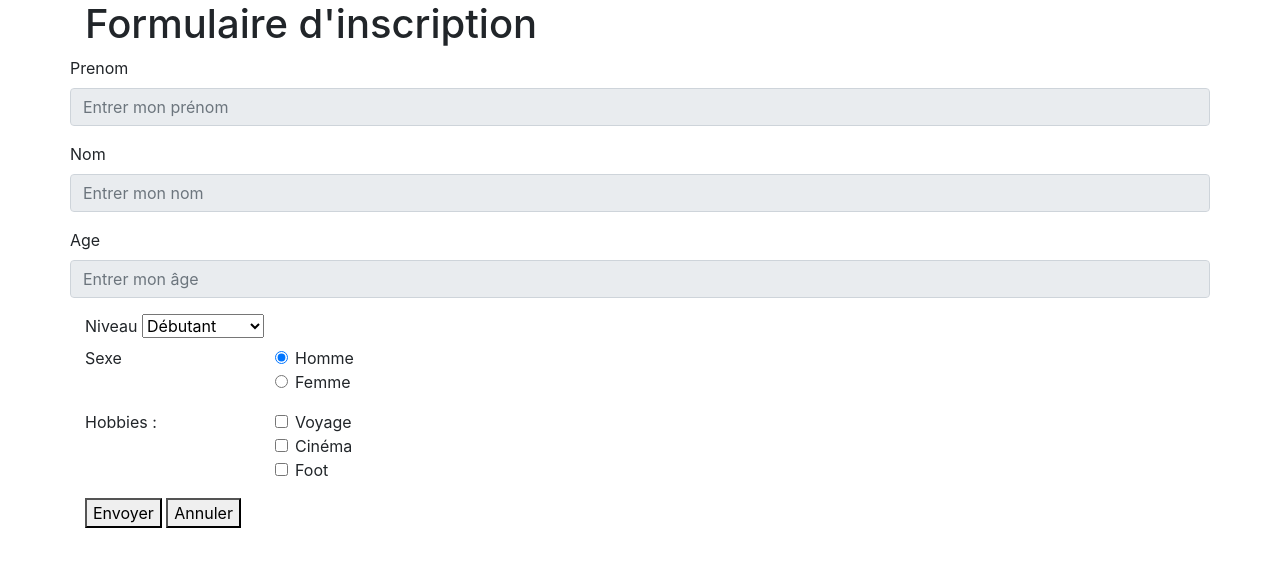
Repository: JohanVairac/montpar-architectureJEE
Page: exempleJEE/WebContent/Inscription.html
These files come from the project's save history. The page is drawn as it stood at one moment and after the next save; the edit follows.
The browser window is 1280 px wide. The pictures show the whole page.

Above is the page before, as saved 2019-04-08 14:49:13.

### exempleJEE/WebContent/Inscription.html
<!DOCTYPE html>
<html>
<head>
<meta charset="ISO-8859-1">
<title>Formulaire d'inscription</title>
<link rel="stylesheet" href="./css/main.css">
<link rel="stylesheet"
	href="https://stackpath.bootstrapcdn.com/bootstrap/4.3.1/css/bootstrap.min.css"
	integrity="sha384-ggOyR0iXCbMQv3Xipma34MD+dH/1fQ784/j6cY/iJTQUOhcWr7x9JvoRxT2MZw1T"
	crossorigin="anonymous">
</head>
<body>
	<section class="container">
		<h1>Formulaire d'inscription</h1>
		<div>
			<form action="MaServlet">

		<div>
				<div class= "form-group row">
					<label for="prenom">Prenom</label>
					<input id="prenom" placeholder="Entrer mon prénom" readonly class="form-control" type="text" name="prenom" />
				</div>

				<div class= "form-group row">
					<label for="nom">Nom</label>
					<input id="nom" placeholder="Entrer mon nom" readonly class="form-control" type="text" name="nom" />
				</div>

				<div class= "form-group row">
					<label for="age">Age</label>
					<input id="age" placeholder="Entrer mon âge" readonly class="form-control" type="number" name="age" />
				</div>
		</div>

				<div>
					<label for="niveau">Niveau</label> <select id="niveau"
						name="niveau">
						<option>Débutant</option>
						<option>Intermédiaire</option>
						<option>Expert</option>
					</select>
				</div>

				<fieldset class="form-group">
                            <div class="row">
                                <legend class="col-form-label col-sm-2 pt-0">Sexe</legend>
                                <div class="col-sm-10">
                                    <div class="form-check">
                                    <input class="form-check-input" type="radio" name="gridRadios" id="gridRadios1" value="option1" checked>
                                    <label class="form-check-label" for="gridRadios1">
                                        Homme
                                    </label>
                                    </div>
                                    <div class="form-check">
                                    <input class="form-check-input" type="radio" name="gridRadios" id="gridRadios2" value="option2">
                                    <label class="form-check-label" for="gridRadios2">
                                        Femme
                                    </label>
                                    </div>
                                </div>
                            </div>
                        </fieldset>

                        <div class="form-group row">
                                <div class="col-sm-2">Hobbies :</div>
                                <div class="col-sm-10">
                                  <div class="form-check">
                                    <input class="form-check-input" type="checkbox" name="checkbox" id="gridCheck1">
                                    <label class="form-check-label" for="gridCheck1">
                                      Voyage
                                    </label>
                                  </div>
                                  <div class="form-check">
                                    <input class="form-check-input" type="checkbox" name="checkbox" id="gridCheck2">
                                    <label class="form-check-label" for="gridCheck2">
                                      Cinéma
                                    </label>
                                  </div>
                                  <div class="form-check">
                                    <input class="form-check-input" type="checkbox" name="checkbox" id="gridCheck3">
                                    <label class="form-check-label" for="gridCheck3">
                                      Foot
                                    </label>
                                  </div>
                                </div>
                           </div>
                           <div>
                                <button type= "submit">Envoyer</button>
                                <button type= "reset">Annuler</button>
                            </div>
</body>
</html>

### exempleJEE/WebContent/css/main.css
.container{
    background-color:rgb white;
    width: 900px;
    margin: 0 auto 0 auto;
}
.part-haut{
    float: left;
    background-color: rgb(255, 115, 0);
    width: 900px;
    text-align: center;
    font-family: fantasy;

}
.part-haut2{
    float: left;
    background-color: rgba(250, 72, 18, 0.911);
    width: 900px;
    text-align: center;
}

.content-left{
    width: 34%;
    float: left;
}
.content-right {
    width: 33%;
    float: right;
}
footer{
    text-align: center;
    background-color: rgb(255, 115, 0);
    color: rgb(247, 248, 155);
    padding: 5px;
}
.clearfix{
    clear: both;
}
.part-center{
    float: left;
    width: 33%;

}
.part-nom{
    text-align: left;
    font-family: Cambria, Cochin, Georgia, Times, 'Times New Roman', serif;
    font-size: 15px;

}
.bar{
    background-color: whitesmoke;
    padding-top: 10px;
    padding-bottom:10px;
    border-bottom: 3px solid rgb(255, 230, 0);

}

.bar nav a {
    padding: 15px;
}
.bar nav a:hover{
    background-color: rgb(255, 60, 0);
    color: white;
    border-radius: 10px 10px 0 0;
}

#s1{
    background-color:yellow;
}

#s2{
    background-color: rgb(255, 251, 0);
}
#s3{
    background-color:rgb(203, 223, 27);
    min-width: 150px;

}

#s4{
    background-color: whitesmoke;
    min-width: 150px
}

#s5{
    background-color:azure;
    min-width: 150px
}

#s6{
    background-color: blanchedalmond;
    min-width: 150px
}
#form-contact div {
    margin-top:25px;

}
#produits thead {
    font-weight: bold;
    background-color: orange;
    color:white;

}

#produits td {
    padding:0 25px;
}
#produits  tbody tr:nth-child(odd){
    background-color: rgba(231, 151, 3, 0.911)
}

/*#produits {
    border-collapse: collapse
} enlever les lignes du tableau */

.container1{
    width: 600px;
    margin: 0 auto 0 auto;

}
.titre{
    font-family: cursive;
    color: blue;
}

After the next save:
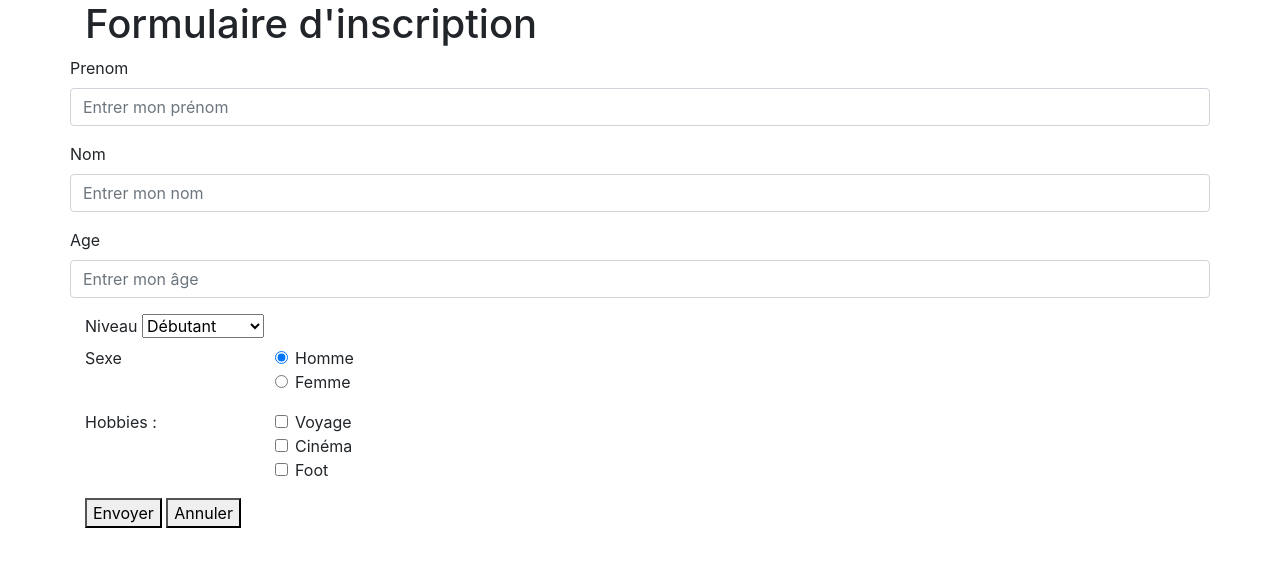
Saved 73 s later.
--- a/exempleJEE/WebContent/Inscription.html
+++ b/exempleJEE/WebContent/Inscription.html
@@ -18,17 +18,17 @@
 		<div>
 				<div class= "form-group row">
 					<label for="prenom">Prenom</label>
-					<input id="prenom" placeholder="Entrer mon prénom" readonly class="form-control" type="text" name="prenom" />
+					<input id="prenom" placeholder="Entrer mon prénom"  class="form-control" type="text" name="prenom" />
 				</div>
 
 				<div class= "form-group row">
 					<label for="nom">Nom</label>
-					<input id="nom" placeholder="Entrer mon nom" readonly class="form-control" type="text" name="nom" />
+					<input id="nom" placeholder="Entrer mon nom"  class="form-control" type="text" name="nom" />
 				</div>
 
 				<div class= "form-group row">
 					<label for="age">Age</label>
-					<input id="age" placeholder="Entrer mon âge" readonly class="form-control" type="number" name="age" />
+					<input id="age" placeholder="Entrer mon âge"  class="form-control" type="number" name="age" />
 				</div>
 		</div>
 
